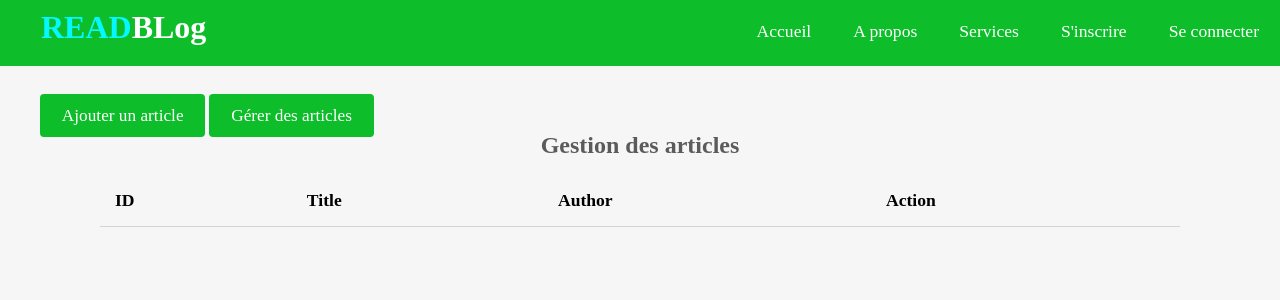
Repository: ahamie71/miniblog
Page: http://localhost/admin/index.php
An editor plug-in stored every save of this project. The page is shown before and after a run of saves, followed by the edit.
The browser window is 1280 px wide. The pictures show the whole page.
The page is run by PHP 8.4 with error messages shown; the project is at /var/www/html/. Queries for data that is not in the repository find no rows.

Above is the page before, as saved 2023-03-01 09:32:06.

After the next 6 saves:
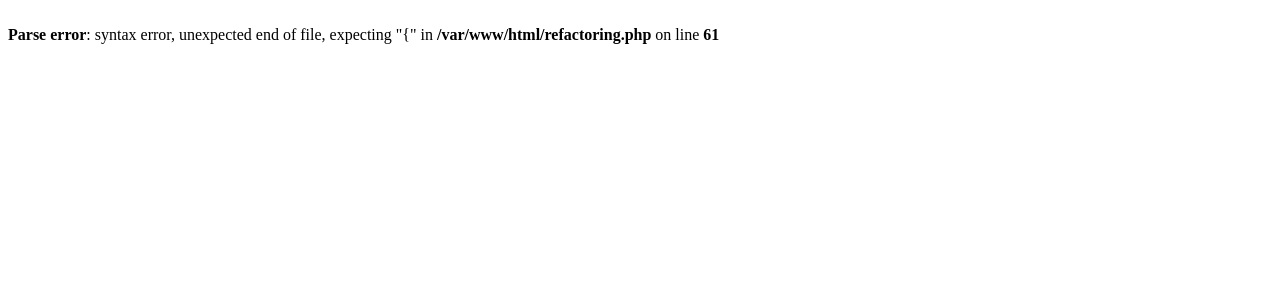
The 6 saves are shown as one change because they came seconds apart.
The last was saved 14 s later.
--- a/refactoring.php
+++ b/refactoring.php
@@ -58,3 +58,4 @@ function create($author, $title, $content, $image)
 }
 
 // modifier un article
+function updatePost()
